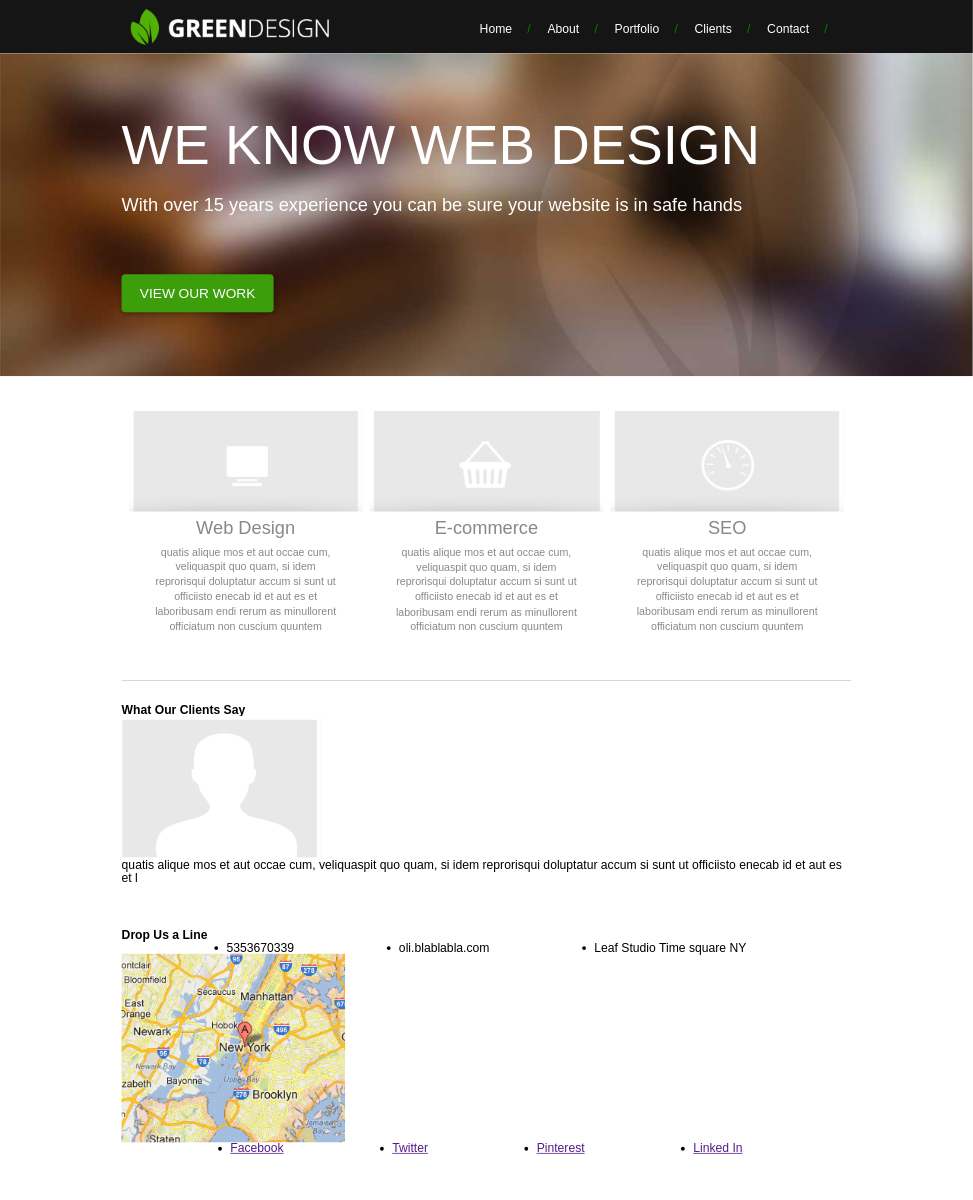
Repository: Piterwk1/psd-to-html
Page: website/index.html
An editor plug-in stored every save of this project. The page is shown before and after the next save, followed by the edit.
The browser window is 1280 px wide. The pictures show the whole page, at 76% of full size.

Above is the page before, as saved 2021-09-14 21:30:07.

After the next save:
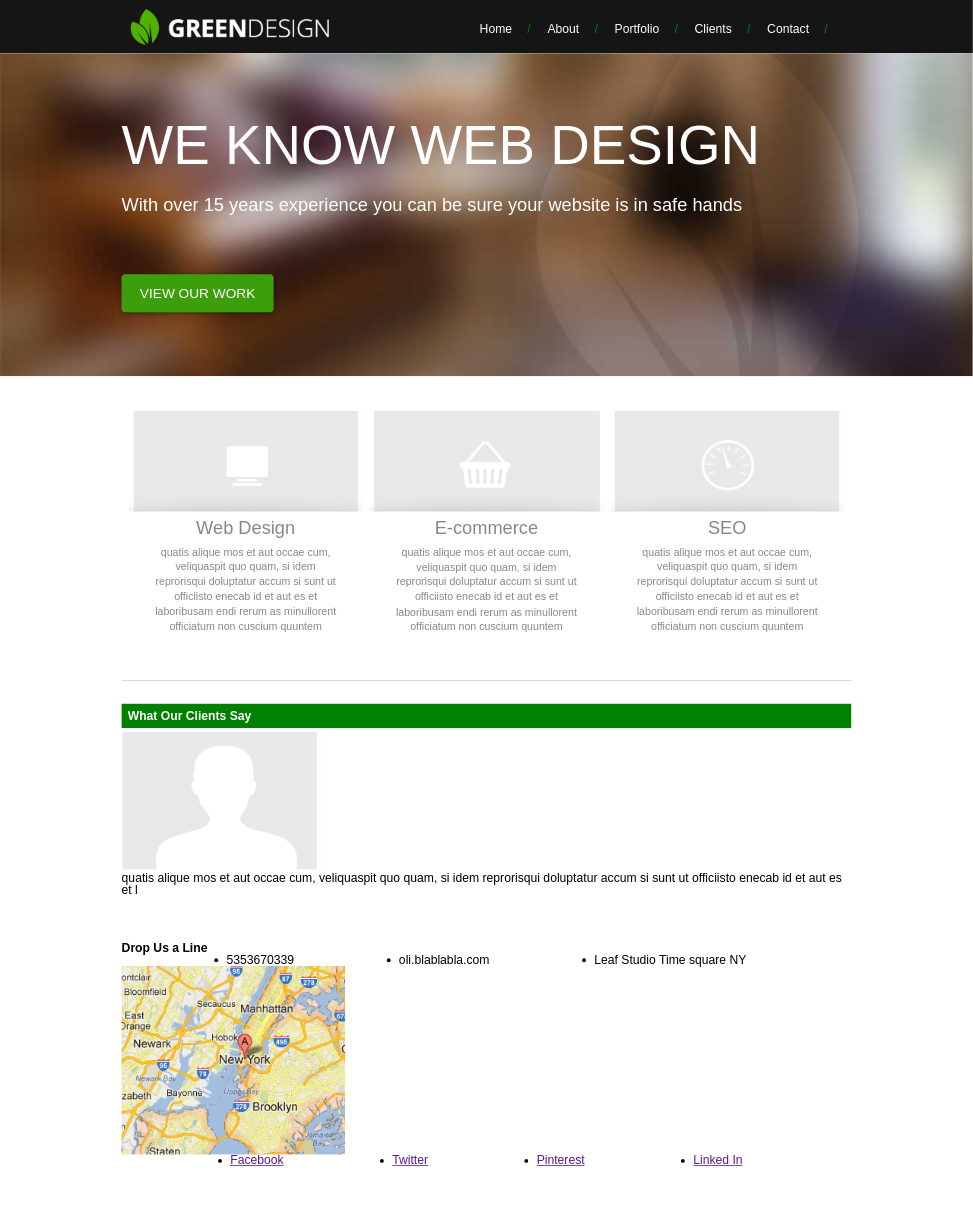
Saved 2 min 18 s later.
--- a/website/style.css
+++ b/website/style.css
@@ -326,3 +326,9 @@ section ul {
     border-top: 1px solid #ccc;
     padding-top: 30px;
 }
+
+#clients h2{
+background: green;
+color: #fff;
+padding: 8px;
+}
